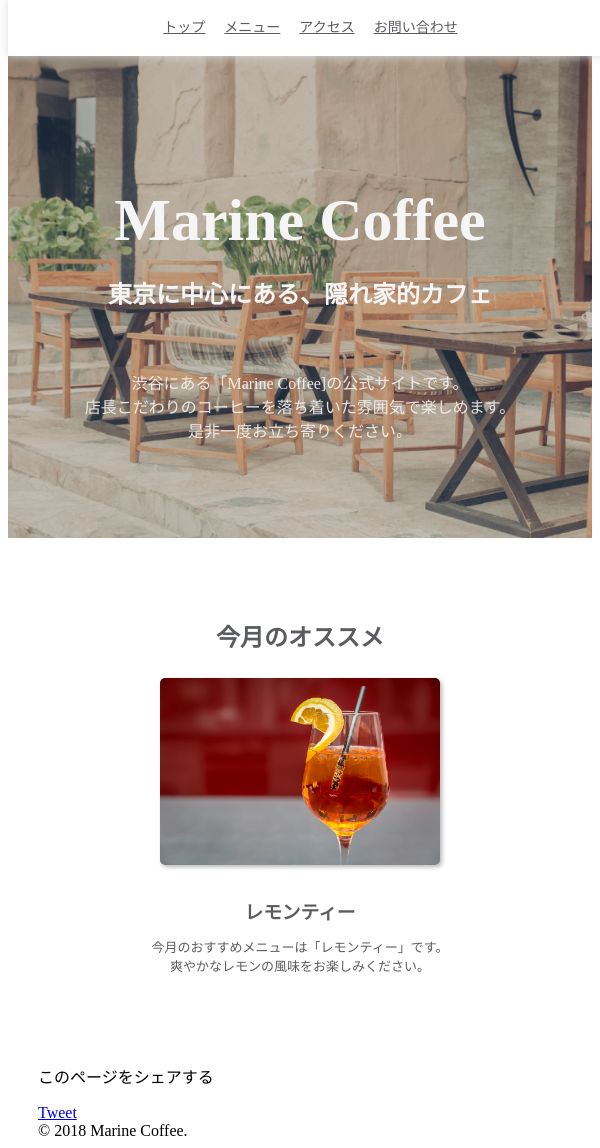
Repository: Kazuya888/samurai_HTML-CSS
Page: marine_coffee/index1.html
The author's editor kept a record of every edit. The page is drawn from the files as they stood at one moment, then again after the next edit.
The browser window is 600 px wide. The pictures show the whole page.

Above is the page before.

### marine_coffee/index1.html
<!DOCTYPE html>
git init
<!DOCTYPE html>
<html lang="ja">
    <head>
         <meta charset="utf-8">
         <title> Marine Coffee　|　トップページ </title>
         <meta name="viewport" content="width=device-width, initial-scale=1">
         <meta name="discription" content="東京都渋谷区にある「Marine Coffee」の公式
         ページです。季節ごとのおすすめメニューや、アクセス情報などを記載しています。">
         <link rel="shortcut icon" href="im1ages/favicon.ico">
         <link rel-"stykesheet" href="common.css">
         <link rel="stylesheet" href="index1.css">
         <link rel="stylesheet" href="responsive.css">
     </head>
     <body>
 <!-- ここに文章を書いていきます。 -->
         <div class="header">
             <div class="container">
         <div class="header-left">
          <img class="header-logo" src="images/logo.png"
    alt="Marine Co1ffee"> </div>
 <div class="header-right">
    <a href="index1.html">トップ</a>
    <a href="menu.html">メニュー</a>
    <a href="access.html">アクセス</a>
    <a href="contact.html">お問い合わせ</a>
       </div>
         </div>
 <div class="clear"></div>
     </div>
</div>
    <div class="main-visual">
        <div class="container">
            <h1 class="top-title">Marine Coffee</h1>
            <h2 class="top-subtitle">東京に中心にある、隠れ家的カフェ</h2>
            <p class="top-text">
                渋谷にある「Marine Coffee]の公式サイトです。
                <br>
                店長こだわりのコーヒーを落ち着いた雰囲気で楽しめます。
                <br>
                是非一度お立ち寄りください。
            </p>
        </div>
    </div>
    <div class="main">
        <div class="cpntainer">
            <h2>今月のオススメ</h2>
            <img class="main-image" src="images/lemon-tea.jpg"
            alt="レモンティー">
            <h3>レモンティー</h3>
            <p>
                今月のおすすめメニューは「レモンティー」です。
                <br>
                爽やかなレモンの風味をお楽しみください。
            </p>
        </div>
    </div>
    <div class="footer">
        <div class="container">
            <div class="footer-left">
                <p>このページをシェアする</p>
               <a href="https://twitter.com/share?ref_src=twsrc%5Etfw"
               class="twitter-share-button"
               data-text="Marine Coffee" data-show-count="false">Tweet</a><script async src="https://platform.twitter.com/widgets.js"
               charset="utf-8"></script>
            </div>
            <div class="footer-right">
                &copy; 2018 Marine Coffee.
            </div>
            <div class="clear"></div>
        </div>
    </div>
     </body>
 </html>

### marine_coffee/index1.css
@charset "utf-8";
.header {
    height: 56px;
    width: 100%;
    box-shadow: 0 0 10px #dddddd;
    background-color: white;
    position: fixed;
    top: 0 ;
}
.header-left{
    float: left;
}
.header-right{
    float: right;
}
.clear{
    clear: both;
}
.header-logo{
    height: 40px;
    margin-top: 8px;
}
.header-right a{
    line-height: 56px;
    color: #5a5c5f;
    margin-left: 5px;
    font-size: 16px;
    padding:16px 5px;
}
.header-right a:hover{
    background-color: #e2f1ff;
    transition: background-color 0.5s;
}
.container{
    max-width: 980px;
    padding: 0 30px;
    margin-left: auto;
    margin-right: auto;
}
.main-visual{
    padding-top: 140px;
    padding-bottom: 100px;
    background-image: url("images/main.png");
    background-size: cover;
    color: #f5f5f5;
    text-align: center;
}
.top-title {
    font-size: 64px;
    margin-bottom:10px;
}
.top-subtitle{
    font-size: 24px;
    margin-bottom: 60px;
}
.top-text{
    opacity: 0.9;
}
.main{
    padding: 80px;
    color: #5a5c5f;
    text-align: center;
}
.main h2{
    margin-bottom:25px;
}
.main-image {
    width:450px;
    margin-bottom: 10px;
    box-shadow: 2px 2px 4px #b7b7b7;
    border-radius: 5px;
}
.main h3{
    margin-bottom: 10px;
}

### marine_coffee/responsive.css
@charset "utf-8";
@media (max-width: 1024px){
    .main-visual{
       padding-top:120px;
       padding-bottom: 80px;
    }
    .top-title{
        font-size: 60px;
    }
}
@media(max-width: 670px){
    .header-left{
     display: none;
    }
    .header-right{
        float: none;
        text-align: center;
    }
    .header-right a{
        font-size: 14px;
    }
    .main{
        padding: 60px 0;
    }
    .main-image{
        width:280px;
    }
    .main p{
        font-size: 13px;
    }
}

After the next edit:
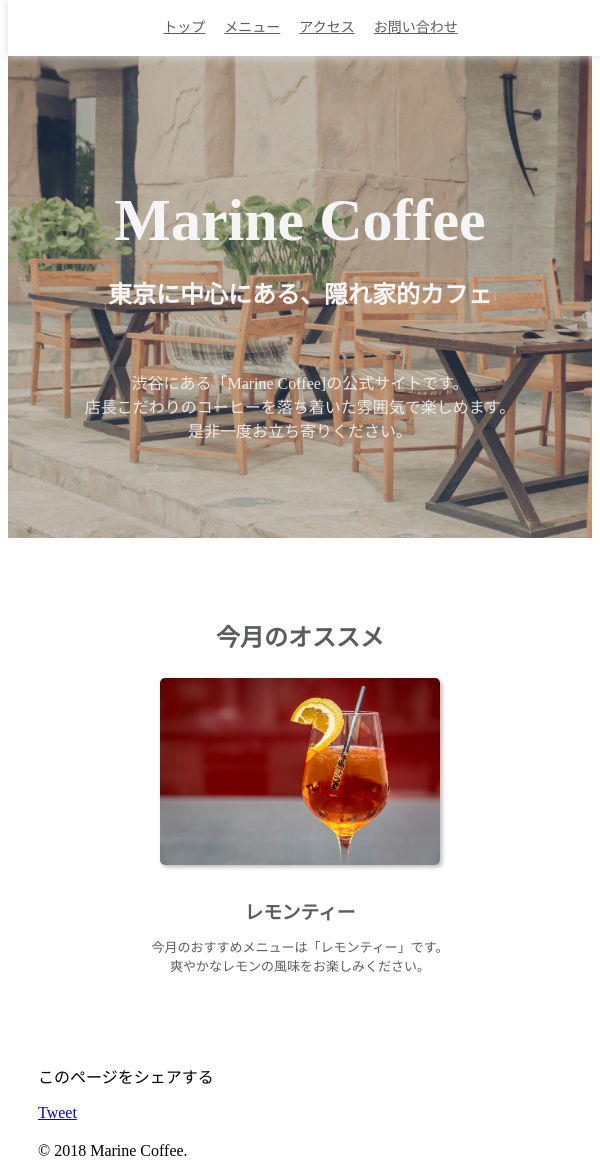
The edit:
--- a/marine_coffee/responsive.css
+++ b/marine_coffee/responsive.css
@@ -28,4 +28,7 @@
     .main p{
         font-size: 13px;
     }
+    .footer-right{
+        padding-top:20px;
+    }
 }
